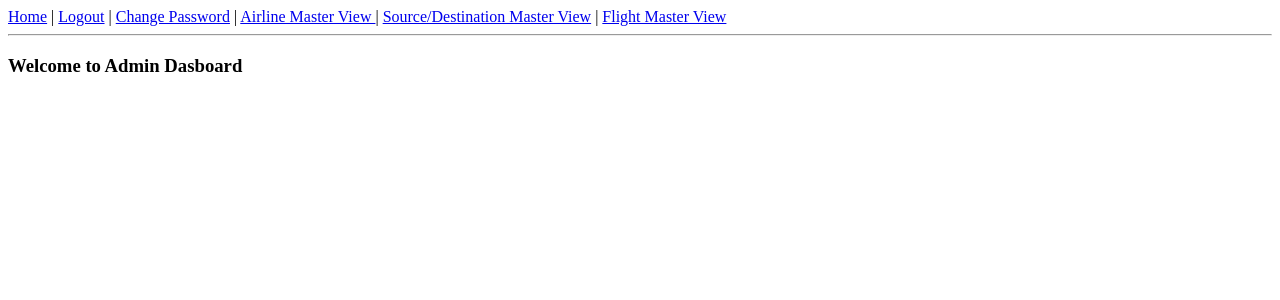
Repository: tuskhillare/FlyAway-1.0-
Page: http://localhost/FlyAway/Dashboard.jsp
An editor plug-in stored every save of this project. The page is shown before and after the next save, followed by the edit.
The browser window is 1280 px wide. The pictures show the whole page.
The page is served by Tomcat 9.

Above is the page before, as saved 2021-10-02 05:25:48.

After the next save:
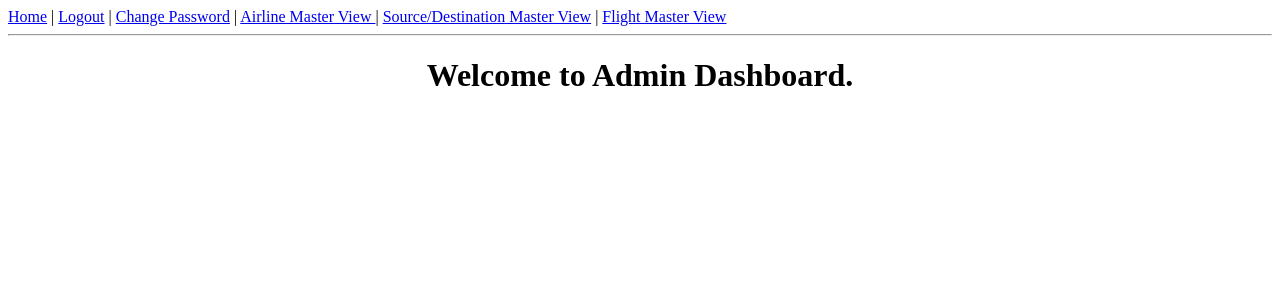
Saved 65 s later.
--- a/Source Code/FlyAway/src/main/webapp/Dashboard.jsp
+++ b/Source Code/FlyAway/src/main/webapp/Dashboard.jsp
@@ -8,10 +8,12 @@
     <a href="index.jsp">Home</a> |
 	<a href="index.jsp">Logout</a> |
 	<a href="ChangePassword.jsp">Change Password</a> |
-	<a href="SeeAllFlights">Airline Master View </a> |
+	<a href="ListAirlines">Airline Master View </a> |
 	<a href="SourceDestination">Source/Destination Master View</a> |
 	<a href="ListFlights">Flight Master View</a><br/>
 	<hr>
-	<h3>Welcome to Admin Dasboard</h3>
+	<center>
+	<h1>Welcome to Admin Dashboard.</h1>
+	</center>
 </body>
 </html>
